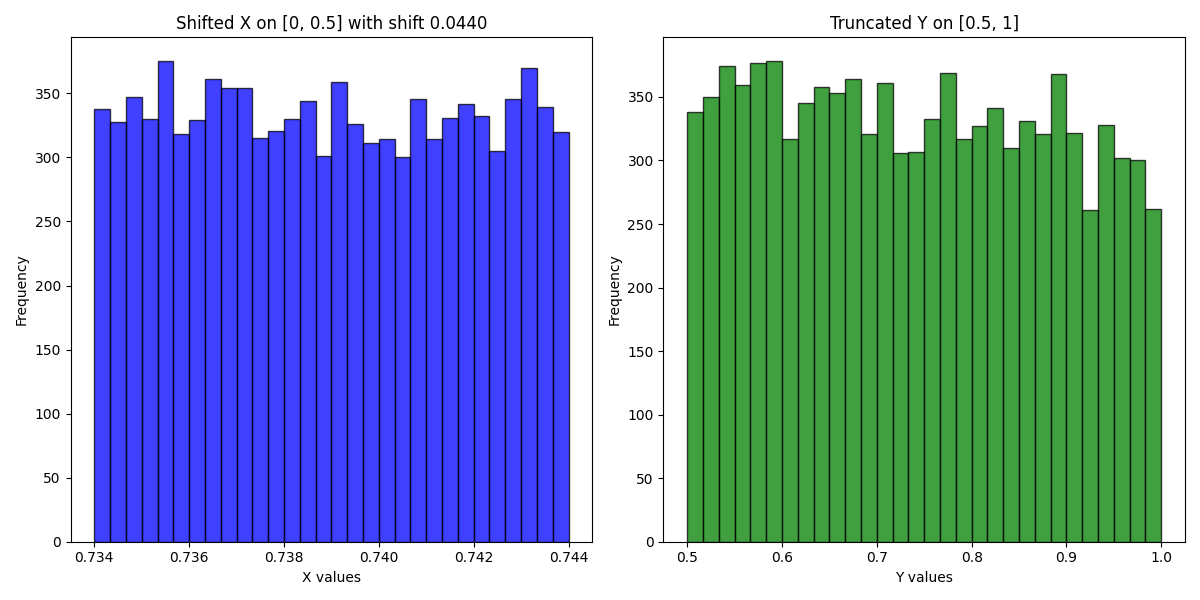
Repository: KrystofM/stealing-part-lm-supplementary-plaid
Script's output: python optimize_logit_queries/askers/shift.py
An editor plug-in stored every save of this project. The script's output is shown before and after the next save, followed by the edit.
Random numbers start from a fixed seed.

Above is the script's output before, as saved 2024-06-25 00:08:45.

After the next save:
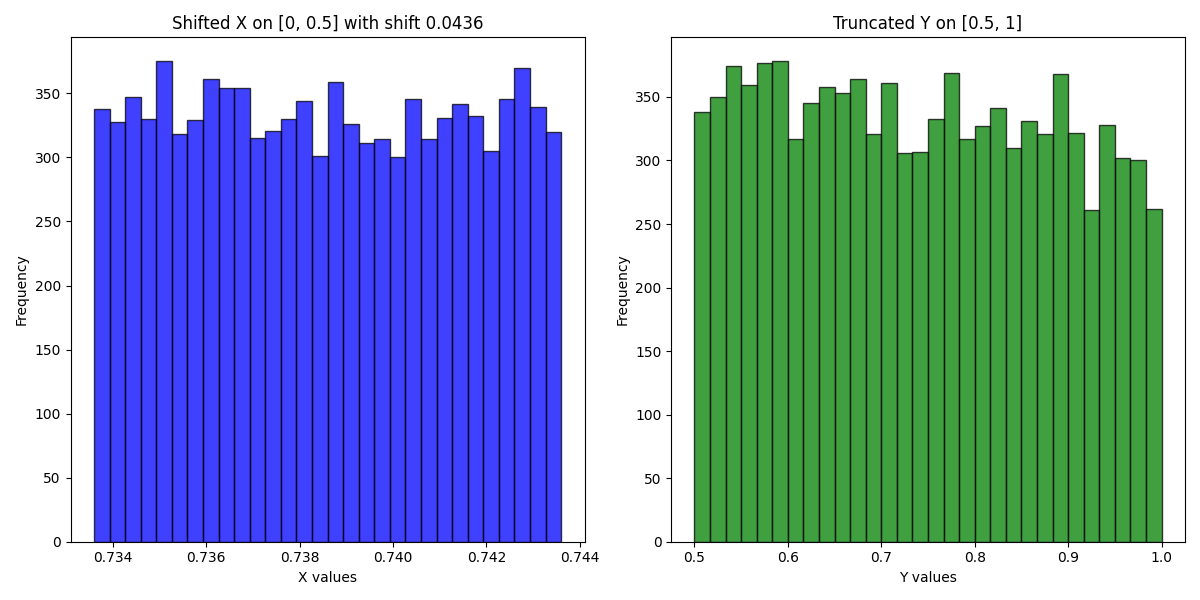
Saved 36 s later.
--- a/optimize_logit_queries/askers/shift.py
+++ b/optimize_logit_queries/askers/shift.py
@@ -39,7 +39,7 @@ print(f'Initial P(X > Y): {prob_X_greater}, P(Y > X): {prob_Y_greater}')
 # Find the shift that makes P(X > Y) equal to P(Y > X)
 shift = 0
 tolerance = 0.001
-shift_values = np.linspace(0, 1, 1001)  # Generate 1001 shift values from 0 to 1
+shift_values = np.linspace(0, 1, 10001)  # Generate 1001 shift values from 0 to 1
 best_shift = 0
 smallest_difference = float('inf')  # Initialize with a large number
 best_prob_X_greater = 0  # Initialize the best P(X > Y)
